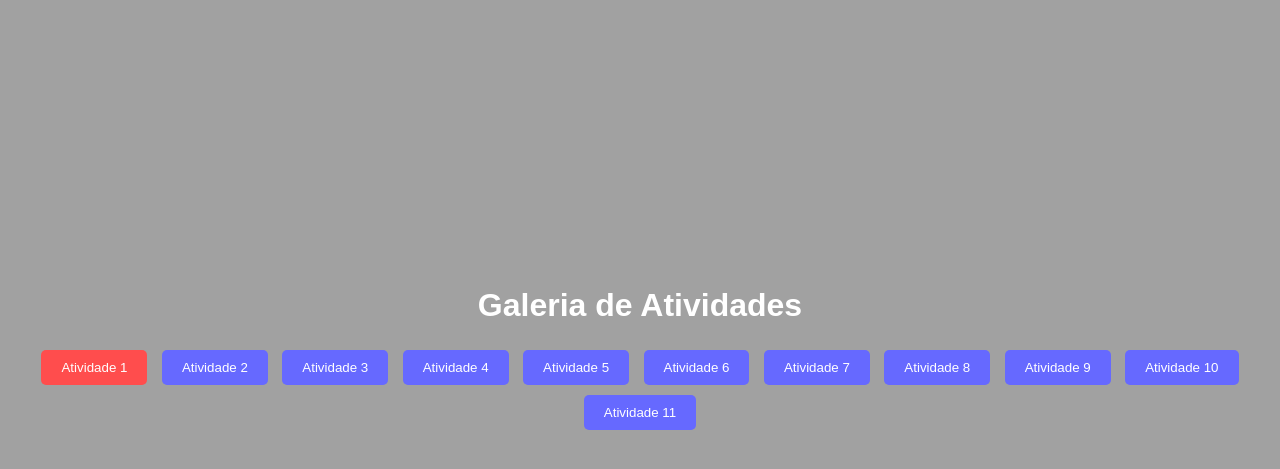
Repository: Gabrielb0rn/JavaScript-HTML.io
Page: index.html
The author's editor kept a copy of each file at every save. The page is drawn from the files as they stood at one save, then again after the next save.
The browser window is 1280 px wide. The pictures show the whole page.
The pointer rests on the first visible `button`.

Above is the page before, as saved 2024-07-04 11:36:49.

### index.html
<!DOCTYPE html>
<html lang="pt">
<head>
    <meta charset="UTF-8">
    <meta name="viewport" content="width=device-width, initial-scale=1.0">
    <title>Galeria de Atividades</title>
    <link rel="stylesheet" href="assets/style.css">
</head>
<body>
    <div class="container">
        <h1>Galeria de Atividades</h1>
        <div class="activities">
            <button onclick="window.location.href='atividade 1/index.html'">Atividade 1</button>
            <button onclick="window.location.href='atividade 2/index.html'">Atividade 2</button>
            <button onclick="window.location.href='atividade 3/index.html'">Atividade 3</button>
            <button onclick="window.location.href='atividade 4/index.html'">Atividade 4</button>
            <button onclick="window.location.href='atividade 5/index.html'">Atividade 5</button>
            <button onclick="window.location.href='atividade 6/index.html'">Atividade 6</button>
            <button onclick="window.location.href='atividade 7/index.html'">Atividade 7</button>
            <button onclick="window.location.href='atividade 8/index.html'">Atividade 8</button>
            <button onclick="window.location.href='atividade 9/index.html'">Atividade 9</button>
            <button onclick="window.location.href='atividade 10/index.html'">Atividade 10</button>
            <button onclick="window.location.href='atividade 11/index.html'">Atividade 11</button>
        </div>
    </div>
</body>
</html>

### assets/style.css
body {
    font-family: Arial, sans-serif;
    background-color: #a1a1a1;
    display: flex;
    justify-content: center;
    align-items: center;
    height: 100vh;
    margin: 0;
}

.container {
    text-align: center;
    color: white;
}

.activities {
    margin: 20px 0;
}

button {
    background-color: #6669ff;
    border: none;
    color: white;
    padding: 10px 20px;
    margin: 5px;
    cursor: pointer;
    border-radius: 5px;
}

button:hover {
    background-color: #ff4d4d;
}

After the next save:
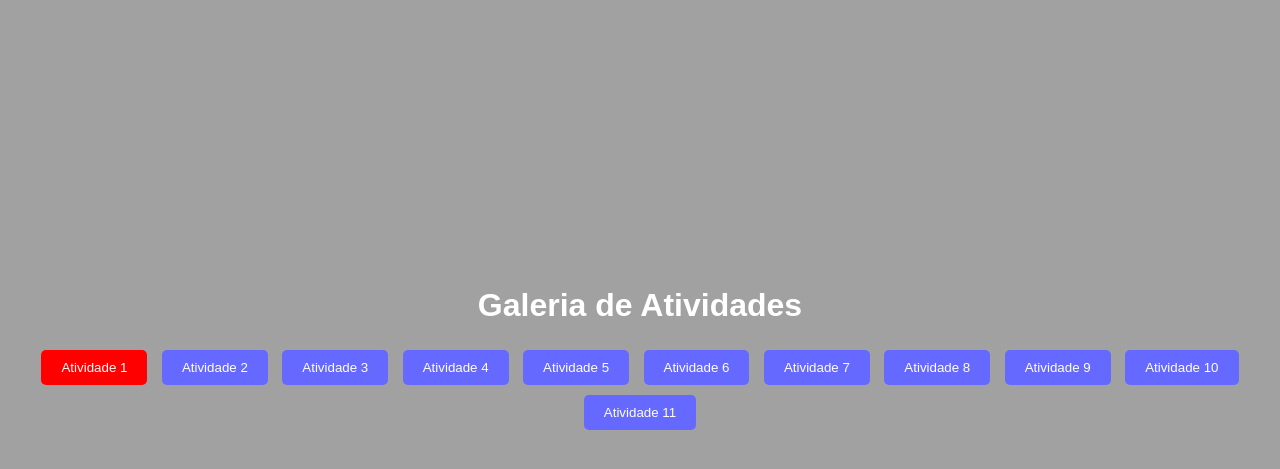
Saved 11 s later.
--- a/assets/style.css
+++ b/assets/style.css
@@ -28,5 +28,5 @@
 }
 
 button:hover {
-    background-color: #ff4d4d;
+    background-color: #ff0000;
 }
